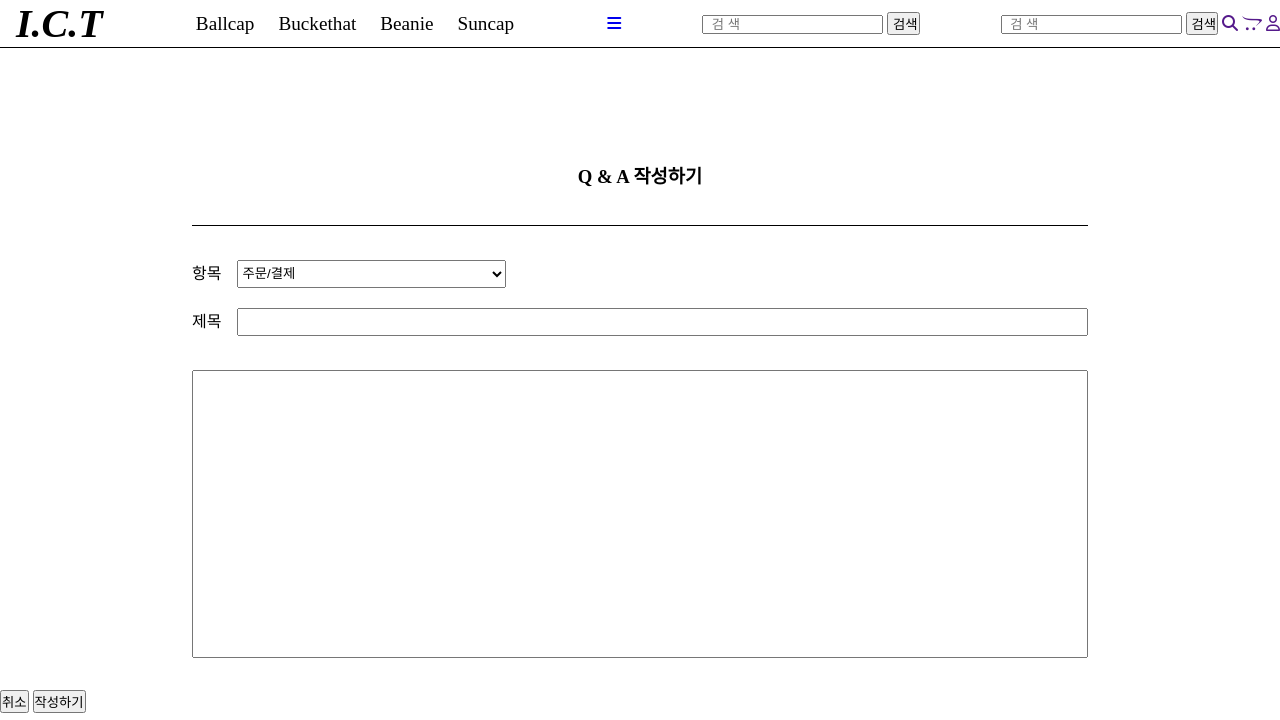
Repository: Developer120000/project1
Page: http://localhost/project1/productpage/q_a_write.jsp
The author's editor kept a copy of each file at every save. The page is drawn from the files as they stood at one save, then again after the next save.
The browser window is 1280 px wide. The pictures show the whole page.
Some web libraries are served in a nearby version. The page is served by Tomcat 9.

Above is the page before, as saved 2024-03-22 05:21:26.
Console error: SyntaxError: Identifier 'hamburger' has already been declared

After the next save:
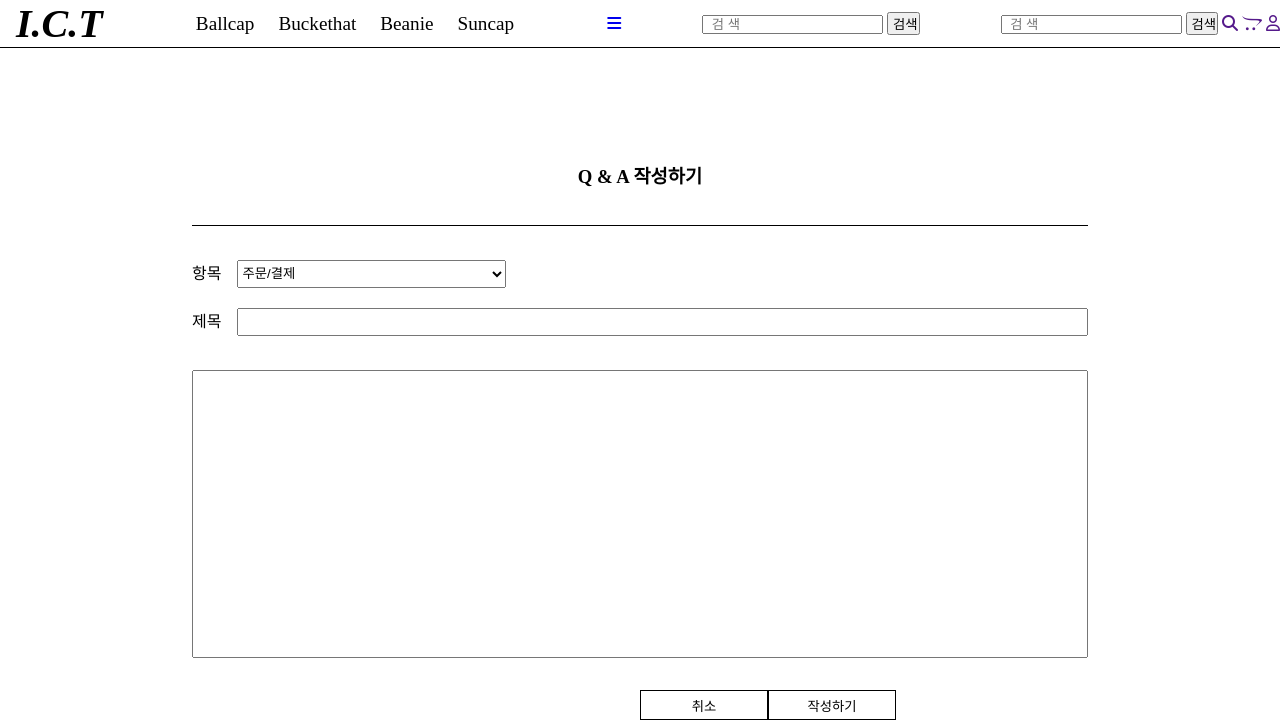
Saved 3 h 34 min later.
--- a/project1/src/main/webapp/productpage/q_a_write.jsp
+++ b/project1/src/main/webapp/productpage/q_a_write.jsp
@@ -37,9 +37,9 @@
 				</li>
 			</ul>
 		</div>
-		<p class="qwrite">
-			<input type="reset" class="qwrite1" value="취소">
-			<input type="submit" class="qwrite1" value="작성하기">
+		<p class="qawrite">
+			<input type="reset" class="qawrite1" value="취소">
+			<input type="submit" class="qawrite1" value="작성하기">
 		</p>
 	</div>
 </body>
